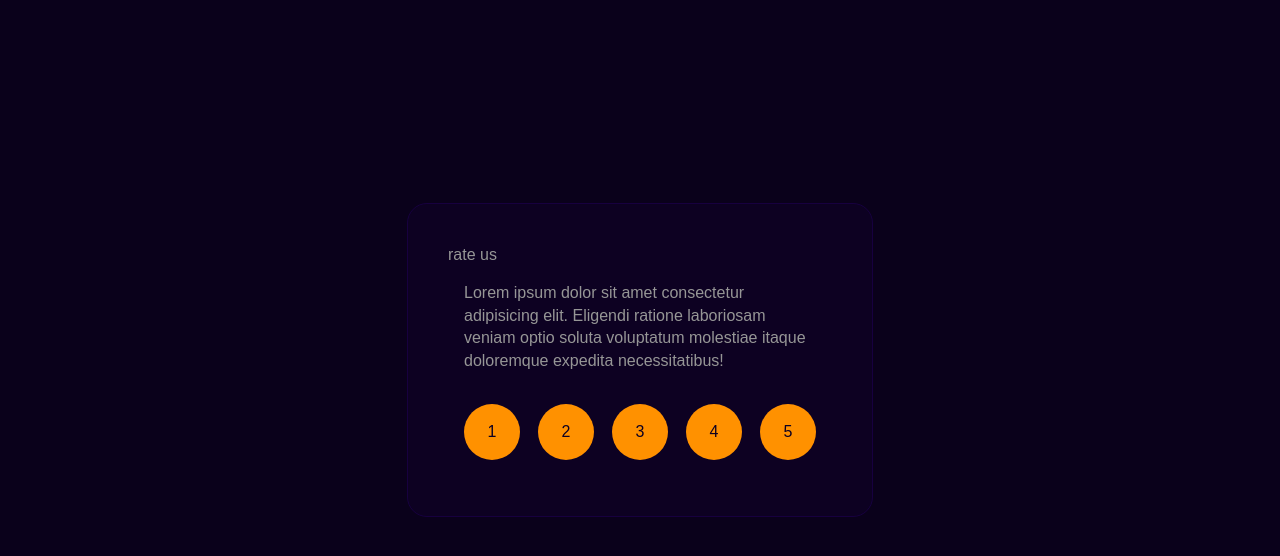
Repository: russel-success/xcodepp-TASK-2
Page: index.html
These files come from the project's save history. The page is drawn as it stood at one moment and after the next save; the edit follows.
The browser window is 1280 px wide. The pictures show the whole page.
The pointer rests on the first visible `.rating`.

Above is the page before, as saved 2024-05-24 23:04:10.

After the next save:
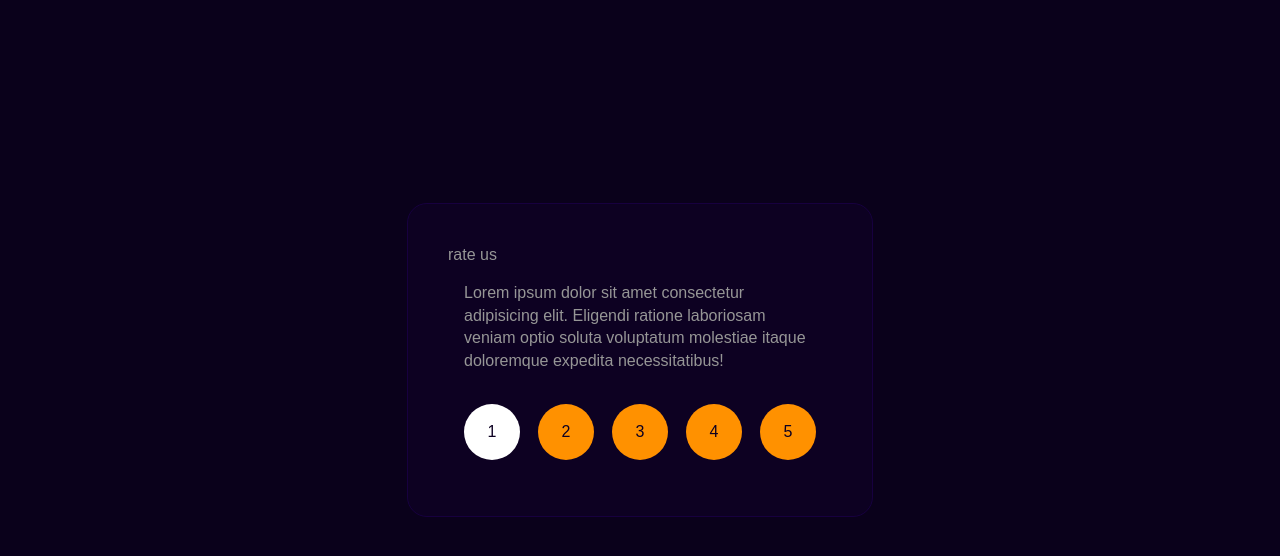
Saved 5 s later.
--- a/styles/styles.css
+++ b/styles/styles.css
@@ -52,5 +52,5 @@
     color:rgb(13, 1, 34);
 }
 .rating:hover{
-
+    background:white;
 }
